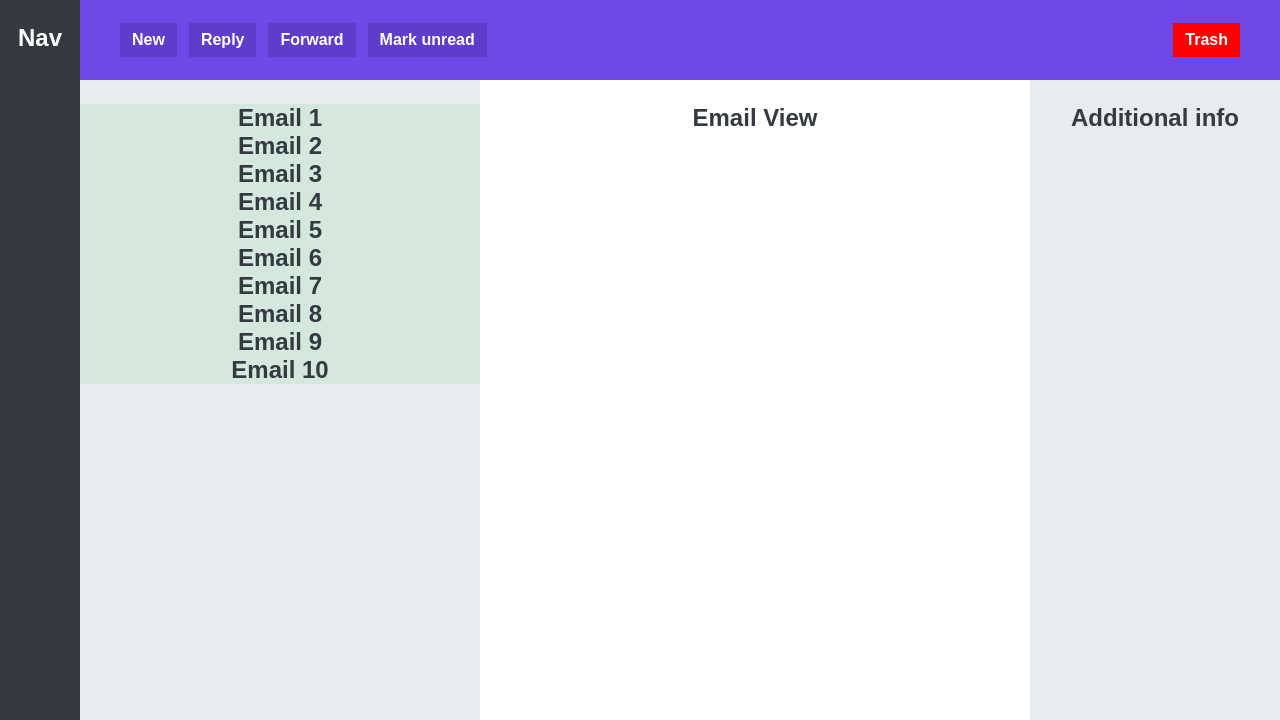
Repository: sunny070/CSS
Page: HTML and CSS some of the important components/06_app-layout.html
These files come from the project's save history. The page is drawn as it stood at one moment and after a run of saves; the edit follows.
The browser window is 1280 px wide. The pictures show the whole page.

Above is the page before, as saved 2023-11-17 14:06:19.

### HTML and CSS some of the important components/06_app-layout.html
<!DOCTYPE html>
<html lang="en">
<head>
    <meta charset="UTF-8">
    <meta name="viewport" content="width=device-width, initial-scale=1.0">
    <title>App Layout</title>
    <style>
        *{
            margin: 0;
            padding: 0;
            box-sizing: border-box;
        }
        body{
            font-family: sans-serif;
            color:#343a40;
            font-size: 24px;
            height: 100vh;
            text-align: center;
            font-weight:bold;
            display: grid;
            grid-template-columns: 80px 400px 1fr 250px;
            grid-template-rows: 80px 1fr;
        }
        nav,section,main,aside{
            padding-top:24px
        }
        nav{
            background-color:#343a40 ;
            color:#fff;
            grid-row: 1/-1;
        }
        menu{
            background-color:#7048e8;
            grid-column: 2/-1;
            display: flex;
            align-items: center;
            gap: 12px;
            padding: 0 40px;
        }
        button{
            display: inline-block;
            font-size: 16px;
            font-weight: bold;
            background-color:#5f3dca;
            border: none;
            cursor: pointer;
            color:#fff ;
            padding: 8px 12px;
        }
        button:last-child{
            margin-left:auto ;
            background-color:red;
        }
        section{
            background-color:#e9ecef;
        }
        .email{
            background-color:#adb5
        }
        aside{
            background-color:#e9ecef;
        }
    </style>
</head>
<body>
    <nav>Nav</nav>
    <menu>
        <button>New</button>
        <button>Reply</button>
        <button>Forward</button>
        <button>Mark unread</button>
        <button>Trash</button>
    </menu>
    <section>
        <div class="email">Email 1</div>
        <div class="email">Email 2</div>
        <div class="email">Email 3</div>
        <div class="email">Email 4</div>
        <div class="email">Email 5</div>
        <div class="email">Email 6</div>
        <div class="email">Email 7</div>
        <div class="email">Email 8</div>
        <div class="email">Email 9</div>
        <div class="email">Email 10</div>
    </section>
    <main>Email View</main>
    <aside>Additional info</aside>
</body>
</html>

After the next 2 saves:
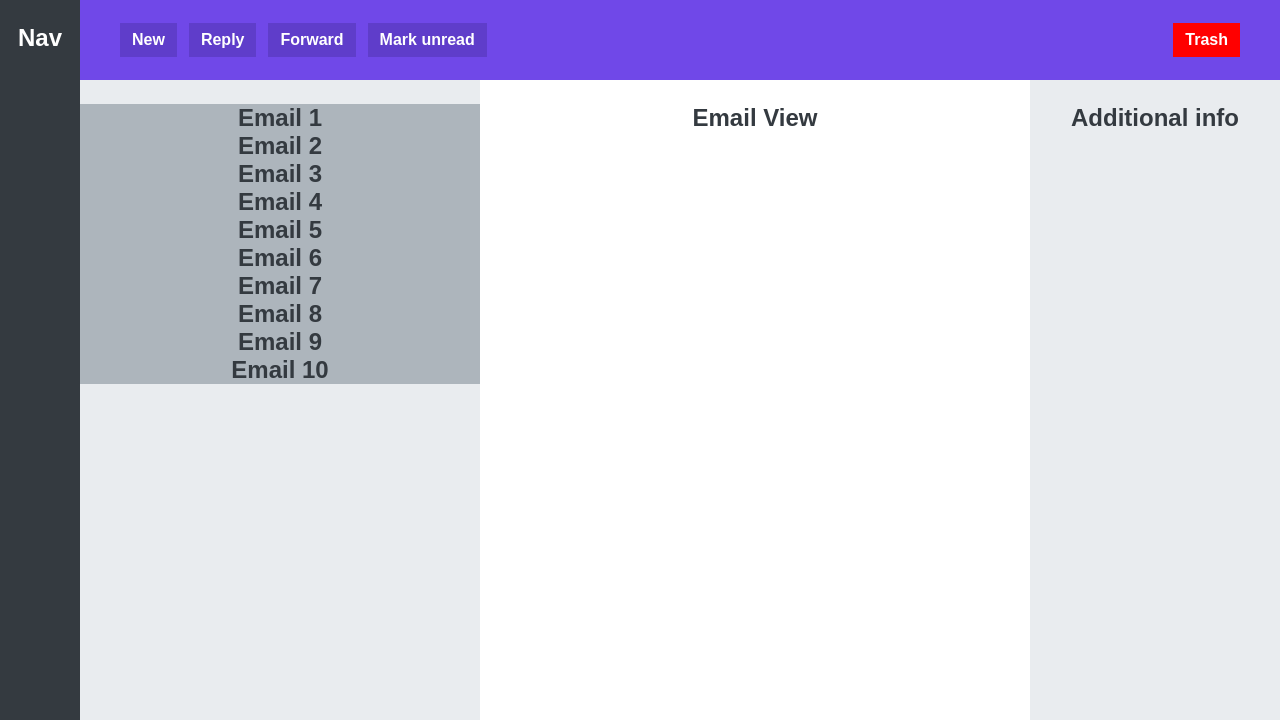
The 2 saves are shown as one change because they came seconds apart.
The last was saved 6 s later.
--- a/HTML and CSS some of the important components/06_app-layout.html
+++ b/HTML and CSS some of the important components/06_app-layout.html
@@ -55,7 +55,7 @@
             background-color:#e9ecef;
         }
         .email{
-            background-color:#adb5
+            background-color:#adb5bc;
         }
         aside{
             background-color:#e9ecef;
